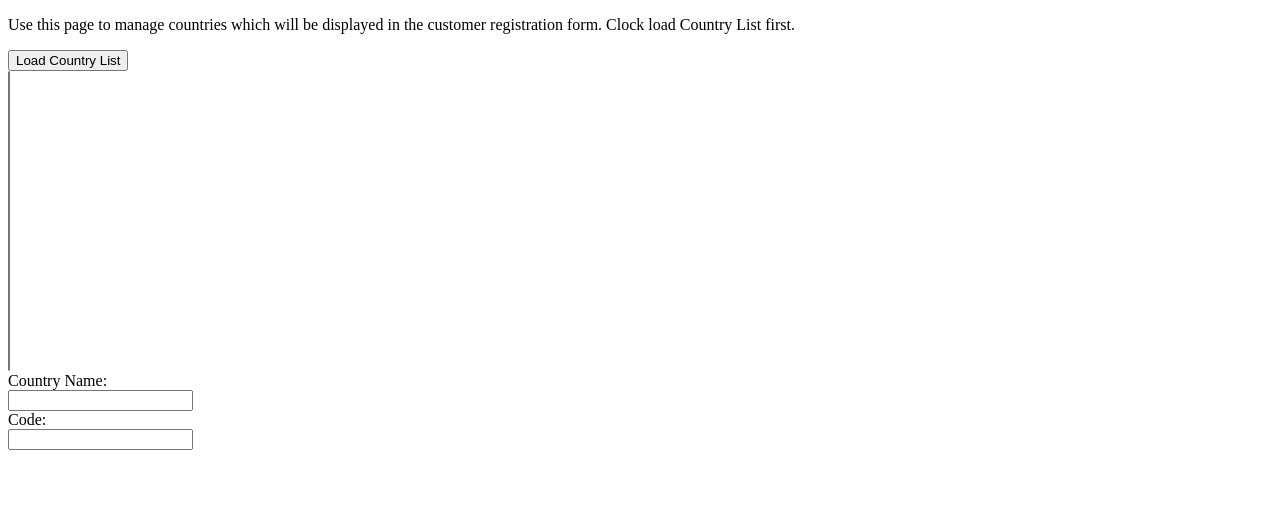
Repository: phongdz-cloud/SpringBoot-Ecommerce
Page: http://localhost/settings/states
The author's editor kept a copy of each file at every save. The page is drawn from the files as they stood at one save, then again after the next save.
The browser window is 1280 px wide. The pictures show the whole page.
The page is this project's Thymeleaf template; nobody is signed in. The template is opened directly, without the code that normally fills it, so the values that code supplies are empty.

Above is the page before, as saved 2022-01-07 02:35:08.

After the next save:
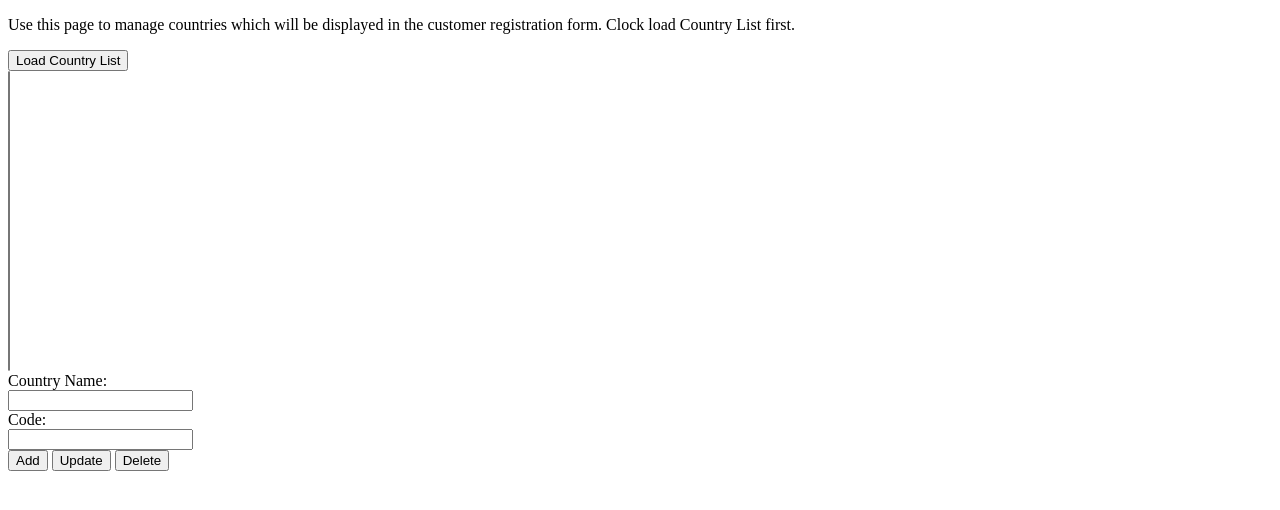
Saved 73 s later.
--- a/ShopmeProject/ShopmeWebParent/ShopmeBackend/src/main/resources/templates/settings/states.html
+++ b/ShopmeProject/ShopmeWebParent/ShopmeBackend/src/main/resources/templates/settings/states.html
@@ -26,6 +26,11 @@
 				<div class="col-md">
 					<input type ="text" class="form-control" id="fieldCountryCode" />
 				</div>
+				<div class="col-lg-4">
+					<input type="button" value="Add" class="btn btn-secondary" />
+					<input type="button" value="Update" class="btn btn-secondary" />
+					<input type="button" value="Delete" class="btn btn-secondary" />
+				</div>
 		</div>
 	</div>
 </body>
